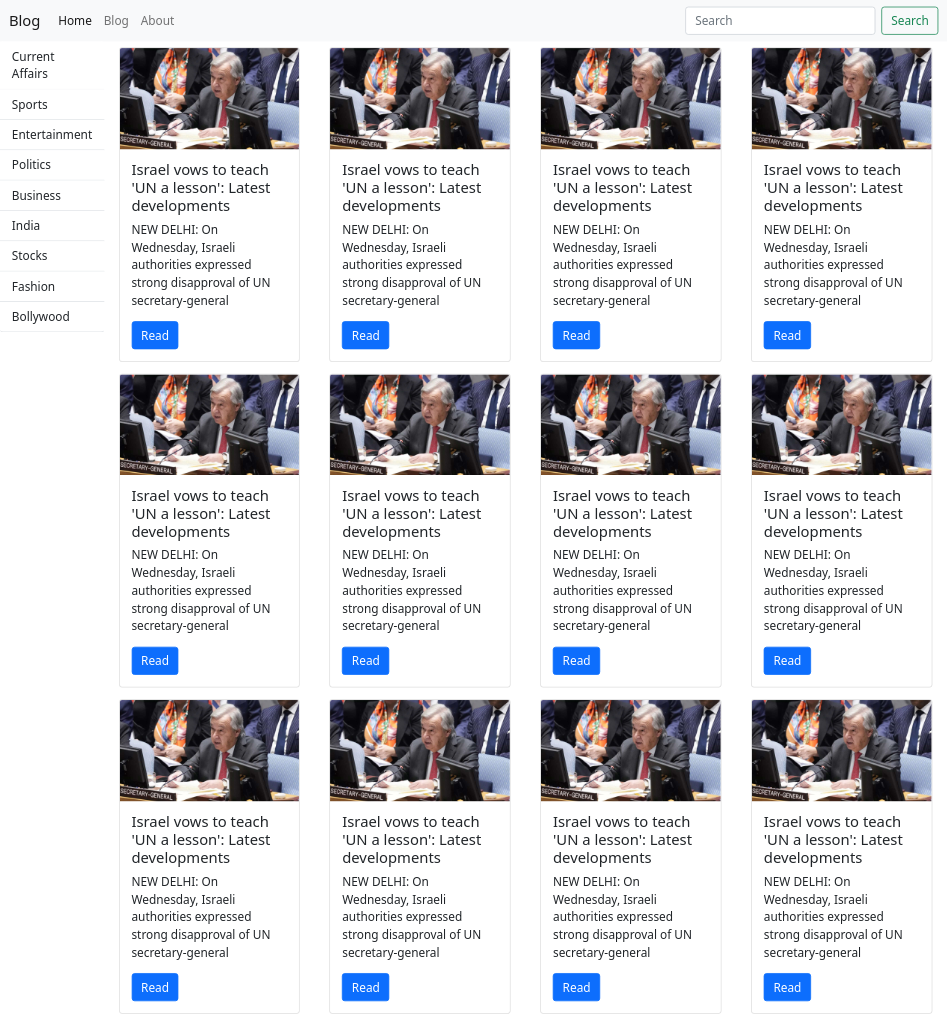
Repository: syni18/bootstrap_blog
Page: index.html
These files come from the project's save history. The page is drawn as it stood at one moment and after the next save; the edit follows.
The browser window is 1280 px wide. The pictures show the whole page, at 74% of full size.

Above is the page before, as saved 2023-10-25 22:06:45.

After the next save:
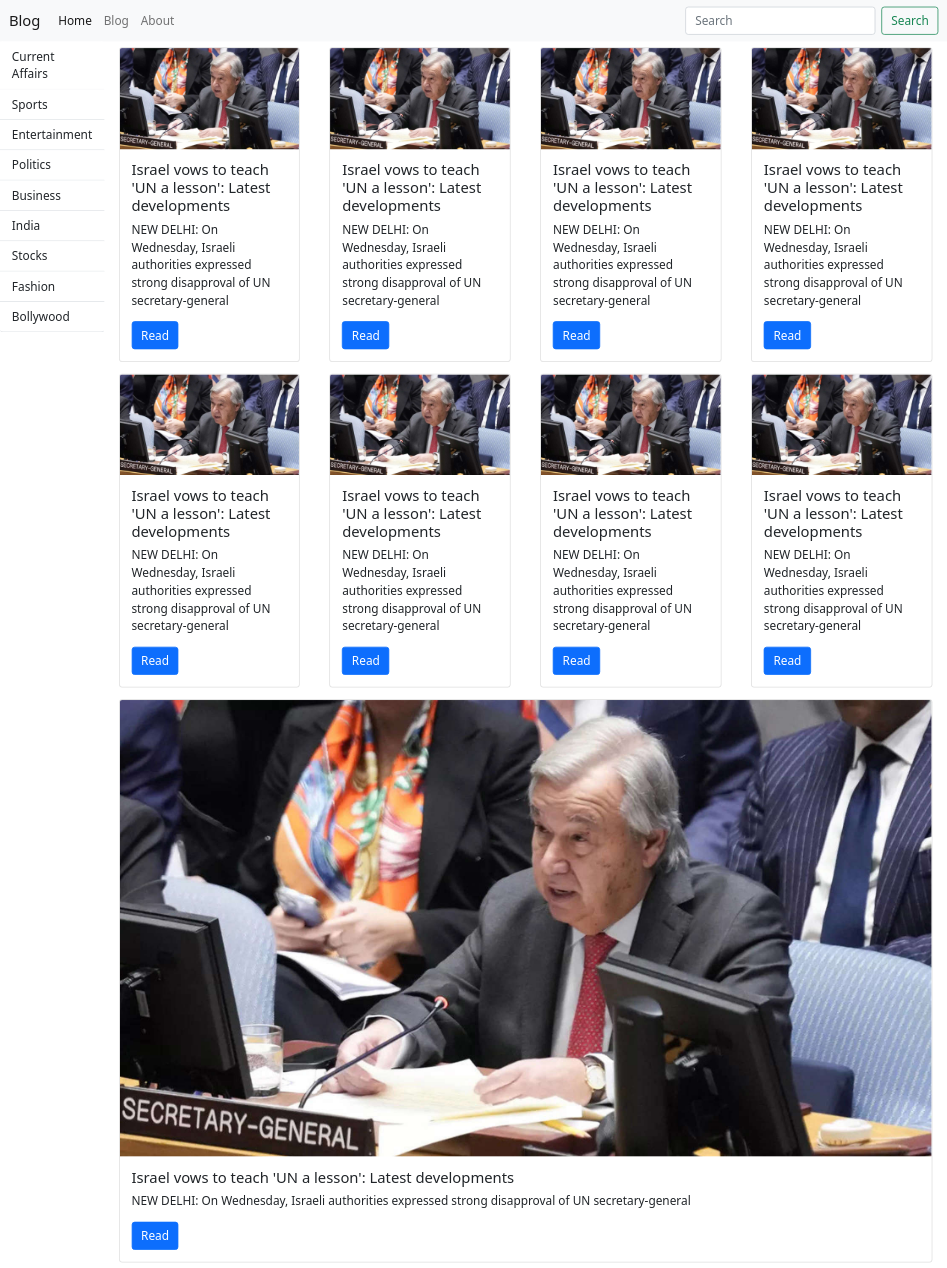
Saved 24 min 30 s later.
--- a/index.html
+++ b/index.html
@@ -282,73 +282,73 @@
             </div>
           </div>
         </div>
-        <div class="row">
-          <div class="col m-2">
-            <div class="card w-100">
-              <img src="./assets/blog_1.jpg" class="card-img-top" alt="..." />
-              <div class="card-body">
-                <h5 class="card-title">
-                  Israel vows to teach 'UN a lesson': Latest developments
-                </h5>
-                <p class="card-text">
-                  NEW DELHI: On Wednesday, Israeli authorities expressed strong
-                  disapproval of UN secretary-general
-                </p>
-                <button
-                  type="button"
-                  class="btn btn-primary"
-                  data-bs-toggle="modal"
-                  data-bs-target="#staticBackdrop"
-                >
-                  Read
-                </button>
-              </div>
-            </div>
-          </div>
-          <div class="col m-2">
-            <div class="card w-100">
-              <img src="./assets/blog_1.jpg" class="card-img-top" alt="..." />
-              <div class="card-body">
-                <h5 class="card-title">
-                  Israel vows to teach 'UN a lesson': Latest developments
-                </h5>
-                <p class="card-text">
-                  NEW DELHI: On Wednesday, Israeli authorities expressed strong
-                  disapproval of UN secretary-general
-                </p>
-                <button
-                  type="button"
-                  class="btn btn-primary"
-                  data-bs-toggle="modal"
-                  data-bs-target="#staticBackdrop"
-                >
-                  Read
-                </button>
-              </div>
-            </div>
-          </div>
-          <div class="col m-2">
-            <div class="card w-100">
-              <img src="./assets/blog_1.jpg" class="card-img-top" alt="..." />
-              <div class="card-body">
-                <h5 class="card-title">
-                  Israel vows to teach 'UN a lesson': Latest developments
-                </h5>
-                <p class="card-text">
-                  NEW DELHI: On Wednesday, Israeli authorities expressed strong
-                  disapproval of UN secretary-general
-                </p>
-                <button
-                  type="button"
-                  class="btn btn-primary"
-                  data-bs-toggle="modal"
-                  data-bs-target="#staticBackdrop"
-                >
-                  Read
-                </button>
-              </div>
-            </div>
-          </div>
+        <!-- <div class="row">
+          <div class="col m-2">
+            <div class="card w-100">
+              <img src="./assets/blog_1.jpg" class="card-img-top" alt="..." />
+              <div class="card-body">
+                <h5 class="card-title">
+                  Israel vows to teach 'UN a lesson': Latest developments
+                </h5>
+                <p class="card-text">
+                  NEW DELHI: On Wednesday, Israeli authorities expressed strong
+                  disapproval of UN secretary-general
+                </p>
+                <button
+                  type="button"
+                  class="btn btn-primary"
+                  data-bs-toggle="modal"
+                  data-bs-target="#staticBackdrop"
+                >
+                  Read
+                </button>
+              </div>
+            </div>
+          </div>
+          <div class="col m-2">
+            <div class="card w-100">
+              <img src="./assets/blog_1.jpg" class="card-img-top" alt="..." />
+              <div class="card-body">
+                <h5 class="card-title">
+                  Israel vows to teach 'UN a lesson': Latest developments
+                </h5>
+                <p class="card-text">
+                  NEW DELHI: On Wednesday, Israeli authorities expressed strong
+                  disapproval of UN secretary-general
+                </p>
+                <button
+                  type="button"
+                  class="btn btn-primary"
+                  data-bs-toggle="modal"
+                  data-bs-target="#staticBackdrop"
+                >
+                  Read
+                </button>
+              </div>
+            </div>
+          </div>
+          <div class="col m-2">
+            <div class="card w-100">
+              <img src="./assets/blog_1.jpg" class="card-img-top" alt="..." />
+              <div class="card-body">
+                <h5 class="card-title">
+                  Israel vows to teach 'UN a lesson': Latest developments
+                </h5>
+                <p class="card-text">
+                  NEW DELHI: On Wednesday, Israeli authorities expressed strong
+                  disapproval of UN secretary-general
+                </p>
+                <button
+                  type="button"
+                  class="btn btn-primary"
+                  data-bs-toggle="modal"
+                  data-bs-target="#staticBackdrop"
+                >
+                  Read
+                </button>
+              </div>
+            </div>
+          </div> -->
           <div class="col m-2">
             <div class="card w-100">
               <img src="./assets/blog_1.jpg" class="card-img-top" alt="..." />
